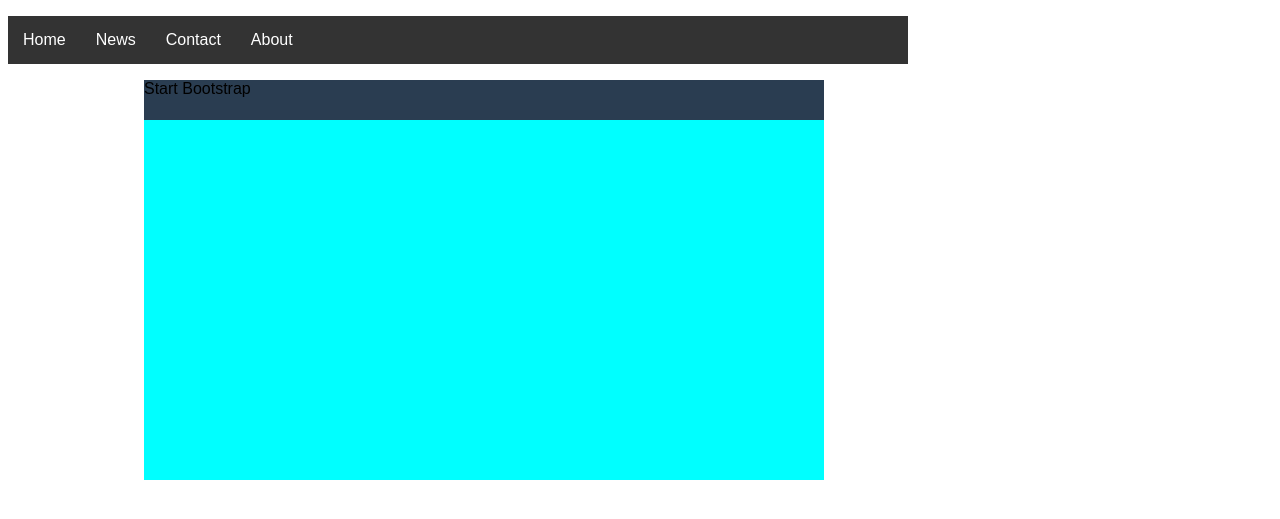
Repository: LongNguyen2504/T3H-FrondEnd
Page: Lesson3_CSS_HomeWork3.html
These files come from the project's save history. The page is drawn as it stood at one moment and after the next save; the edit follows.
The browser window is 1280 px wide. The pictures show the whole page.

Above is the page before, as saved 2021-12-01 22:32:46.

### Lesson3_CSS_HomeWork3.html
<!DOCTYPE html>
<html lang="en">
<head>
    <meta charset="UTF-8">
    <meta http-equiv="X-UA-Compatible" content="IE=edge">
    <meta name="viewport" content="width=device-width, initial-scale=1.0">
    <title>Document</title>
    <link rel="stylesheet" href="Lesson3_CSS_HomeWork3.css">
</head>
<body>
    <div class="ancestor-div">
        <div class="menu-div">
            <div class="menu-content">
                <ul class="ul-menu">
                    <li class="li-menu"><a class="a-menu" href="#1">Home</a></li>
                    <li class="li-menu"><a class="a-menu" href="#1">News</a></li>
                    <li class="li-menu"><a class="a-menu" href="#1">Contact</a></li>
                    <li class="li-menu"><a class="a-menu" href="#1">About</a></li>
                </ul>
            </div>
        </div>
        <div class="nested-div">
            <div class="menu-bootstrap">
                <div class="menu-bootrap-content1">
                    Start Bootstrap
                </div>
                <div class="menu-bootrap-content2">

                </div>
            </div>
        </div>
    </div>
</body>
</html>

### Lesson3_CSS_HomeWork3.css
div.ancestor-div{
    width: 900px;
    height: 400px;
    font-family: Arial, Helvetica, sans-serif;
}
div.menu-div{
    height: 48px;
    background-color: #333333 ;
}
div.menu-content{
    position: relative;
    left: -40px;
    width: 800px;
    height: 48px;
}
div.nested-div{
    width: 680px;
    height: 400px;
    background-color: aqua;
    position: absolute;
    left: 144px;
    top: 80px;
}
div.menu-bootstrap{
    width: 680px;
    height: 40px;
    background-color: #2a3d51;
}
div.menu-bootstrap-content1{
    width: 100px;
    height: 40px;
    position: absolute;
    left: 50px;
    background-color: blueviolet;
}
div.menu-bootstrap-content2{
    width: 100px;
    height: 40px;
}
ul.ul-menu{
    list-style-type: none;

}
.li-menu {
 float: left;
}
a.a-menu{
    display: inline-block;
    padding: 15px;
    color: white;
    text-decoration: none;
    text-align: center;

}
.a-menu:hover{
    background-color: #4caf50;
}

After the next save:
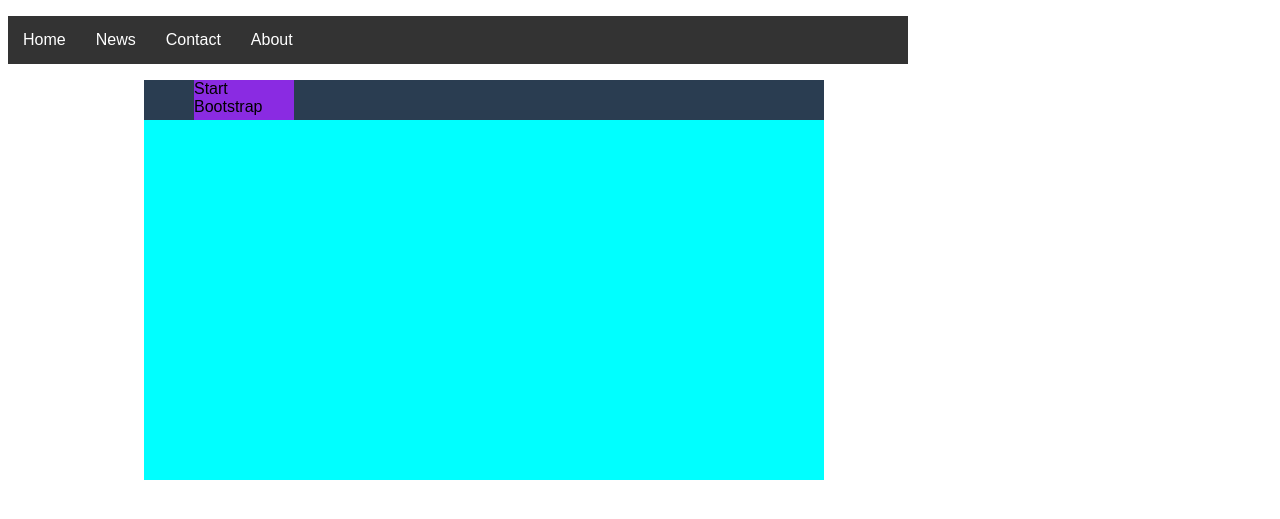
Saved 42 s later.
--- a/Lesson3_CSS_HomeWork3.html
+++ b/Lesson3_CSS_HomeWork3.html
@@ -21,10 +21,10 @@
         </div>
         <div class="nested-div">
             <div class="menu-bootstrap">
-                <div class="menu-bootrap-content1">
+                <div class="menu-bootstrap-content1">
                     Start Bootstrap
                 </div>
-                <div class="menu-bootrap-content2">
+                <div class="menu-bootstrap-content2">
 
                 </div>
             </div>
